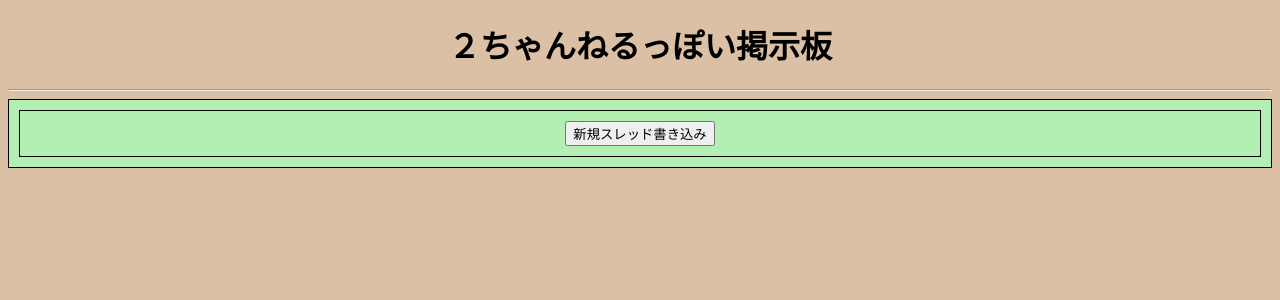
Repository: daidai0602/mba_portal
Page: http://localhost/php_2chan/
The author's editor kept a copy of each file at every save. The page is drawn from the files as they stood at one save, then again after a run of saves.
The browser window is 1280 px wide. The pictures show the whole page.
The page is run by PHP 8.4 with error messages shown; the project is at /var/www/html/. Queries for data that is not in the repository find no rows.

Above is the page before, as saved 2023-12-04 16:05:31.

### index.php
<?php

include_once("./app/database/connect.php");

?>

<!DOCTYPE html>
<html lang="en">

<head>
    <meta charset="UTF-8">
    <meta http-equiv="X-UA-Compatible" content="IE=edge">
    <meta name="viewport" content="width=device-width, initial-scale=1.0">
    <title>掲示板</title>
    <link rel="stylesheet" href="./assets/css/style.css">
</head>

<body>
    <?php include("app/parts/header.php"); ?>
    <?php include("app/parts/validation.php"); ?>
    <?php include("app/parts/thread.php"); ?>
    <?php include("app/parts/newThreadButton.php"); ?>
</body>

</html>

### app/database/connect.php
<?php
$user = "root";

//DBと接続
try{
  $pdo = new PDO('mysql:host=localhost;dbname=2chan-bbs', $user, "");
} catch (PDOException $error){
  echo $error->getMessage();
}

### app/parts/header.php
<header>
    <h1 class="title">２ちゃんねるっぽい掲示板</h1>
    <hr>
</header>

### app/parts/validation.php
    <!-- バリデーションチェックのエラー文吐きだし -->
    <?php if (isset($error_message)) : ?>
        <ul class="errorMessage">
            <?php foreach ($error_message as $error) : ?>
                <li><?php echo $error ?></li>
            <?php endforeach; ?>
        </ul>
    <?php endif; ?>

### app/parts/thread.php
<?php
include_once("./app/database/connect.php");
include("app/functions/comment_add.php");
include("app/functions/thread_get.php");
?>

<?php foreach ($thread_array as $thread) : ?>
    <div class="threadWrapper">
        <div class="childWrapper">
            <div class="threadTitle">
                <span>【タイトル】</span>
                <h1><?php echo $thread["title"] ?></h1>
            </div>

            <?php include("commentSection.php"); ?>
            <?php include("commentForm.php"); ?>

        </div>
    </div>
<?php endforeach ?>

### app/functions/comment_add.php
<?php
$error_message = array();

if (isset($_POST["submitButton"])) {

  //お名前入力チェック
  if(empty($_POST['username'])){
    $error_message["username"] = "お名前を入力してください。";
  }else {
    //エスケープ処理
    $escaped["username"] = htmlspecialchars($_POST["username"], ENT_QUOTES, "UTF-8");
  }
    //コメント入力チェック
  if(empty($_POST["body"])){
    $error_message["body"] = "コメントを入力してください。";
  } else {
    //エスケープ処理
    $escaped["body"] = htmlspecialchars($_POST["body"], ENT_QUOTES, "UTF-8");
  }

  if(empty($error_message)){
      $post_date = date("Y-m-d H:i:s");

      $sql = "INSERT INTO `comment` (`username`, `body`, `post_date`, `thread_id` )
      VALUES (:username, :body, :post_date, :thread_id);";
      $statement = $pdo->prepare($sql);

      //値をセットする
      $statement->bindParam(":username", $escaped["username"], PDO::PARAM_STR);
      $statement->bindParam(":body", $escaped["body"], PDO::PARAM_STR);
      $statement->bindParam(":post_date", $post_date, PDO::PARAM_STR);
      $statement->bindParam(":thread_id", $_POST["threadID"], PDO::PARAM_STR);

      $statement->execute();
  }
}

### app/functions/thread_get.php
<?php
$thread_array = array();

//コメントデータをテーブルから取得してくる.
$sql = "SELECT * FROM thread";
$statement = $pdo->prepare($sql);
$statement->execute();

$thread_array = $statement;

### app/parts/newThreadButton.php
<div class="newThreadWrapper">
  <div class="newChildThreadWrapper">
    <button><a href="app/pages/createThread.php">新規スレッド書き込み</a></button>
  </div>
</div>

### assets/css/style.css
body {
  background-color: #dcc0a6;
}
.title {
  text-align: center;
  font-style: 34px;
}
.threadWrapper {
  background-color: #f3eded;
  padding: 10px;
  max-width: 1300px;
  margin: 0px auto;
  border: 1px solid black;
  margin-bottom: 20px;
}
.childWrapper {
  border: 1px solid black;
  padding: 10px;
}
.threadTitle {
  display: flex;
  align-items: center;
  font-weight: 600;
  margin-left: 6px;
  height: 60px;
}
.threadTitle h1{
  color: red;
  margin-left: 3px;
  font-size: 27px;
}
section {
  padding: 0 10px;
}
section .nameArea {
  display: flex;
  align-items: center;
  margin-bottom: -14px;
}

section .username {
  color: rgb(0, 128, 9);
  font-weight: 700;
}

section .comment {
  margin-top: 0;
  margin-left:20px;
}

.formWrapper {
  padding: 16px;
  margin-left: 20px;
}

.commentTextArea {
  margin-top: 20px;
  width: 500px;
  height: 90px;
  resize: none;
}

.errorMessage {
  color: red;
  margin-left: 70px;
}

/*新規スレッド*/

.newThreadWrapper {
  background-color: #b3eeb3;
  padding: 10px;
  max-width: 1300px;
  margin: 0 auto;
  border: 1px solid black;
  margin-bottom: 20px;
}

.newChildThreadWrapper {
  text-align: center;
  padding: 10px;
  border: 1px solid black;
}

.newChildThreadWrapper button a {
  width: 150px;
  color: black;
  text-decoration: none;
}

After the next 2 saves:
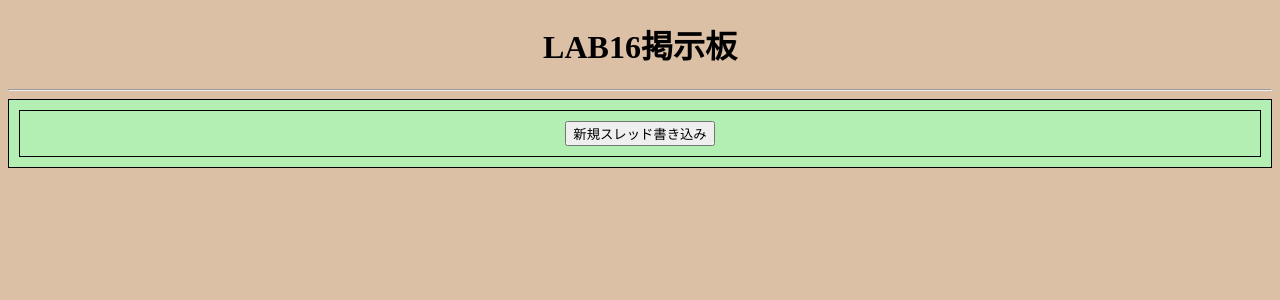
The 2 saves are shown as one change because they came seconds apart.
The last was saved 25 min 52 s later.
--- a/app/parts/header.php
+++ b/app/parts/header.php
@@ -1,4 +1,4 @@
 <header>
-    <h1 class="title">２ちゃんねるっぽい掲示板</h1>
+    <h1 class="title">LAB16掲示板</h1>
     <hr>
 </header>
